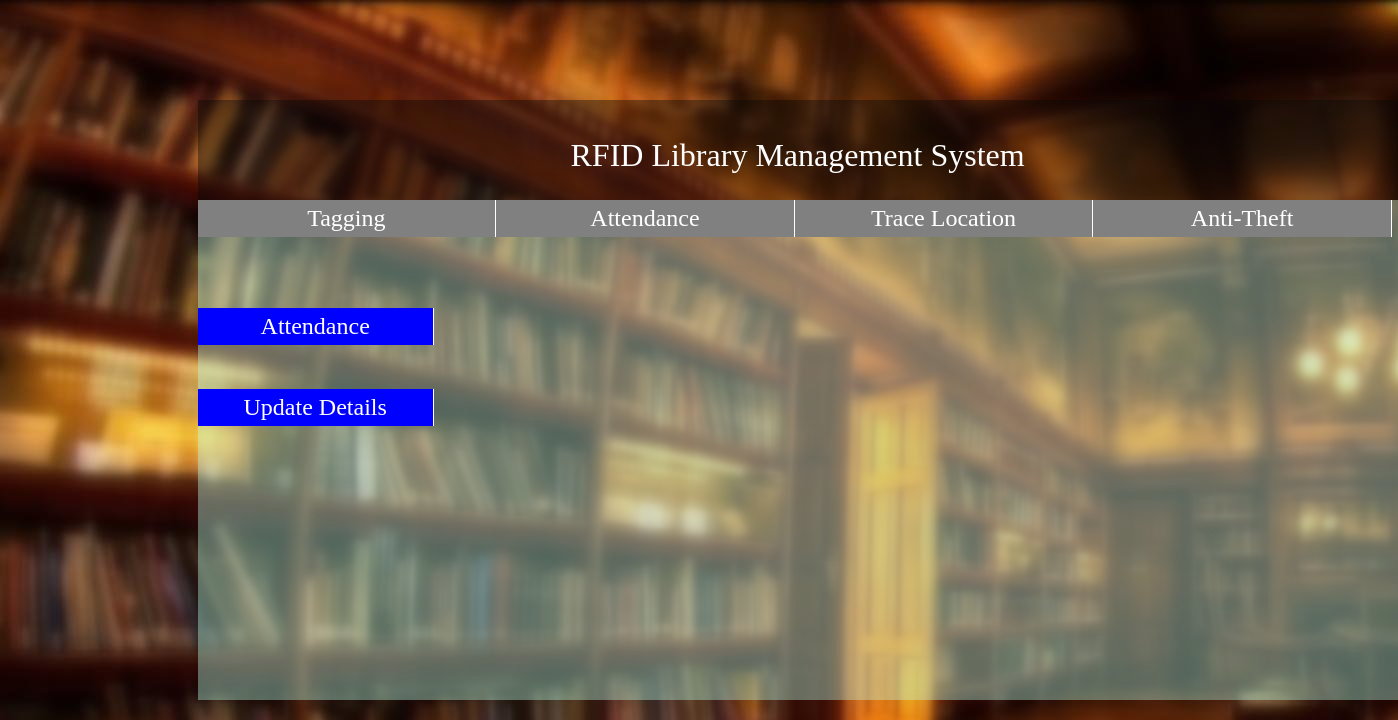
Repository: vigineshs/A-Smart-Data-Analyzer-for-Library-Management-System
Page: http://localhost/librarymgmt/attend.jsp
An editor plug-in stored every save of this project. The page is shown before and after the next save, followed by the edit.
The browser window is 1280 px wide. The page is 1398 px wide, so the pictures cover 1398 px, including what lies to the right of the window. The pictures show the whole page.
The page is served by Tomcat 9.

Above is the page before, as saved 2013-02-11 14:42:38.

After the next save:
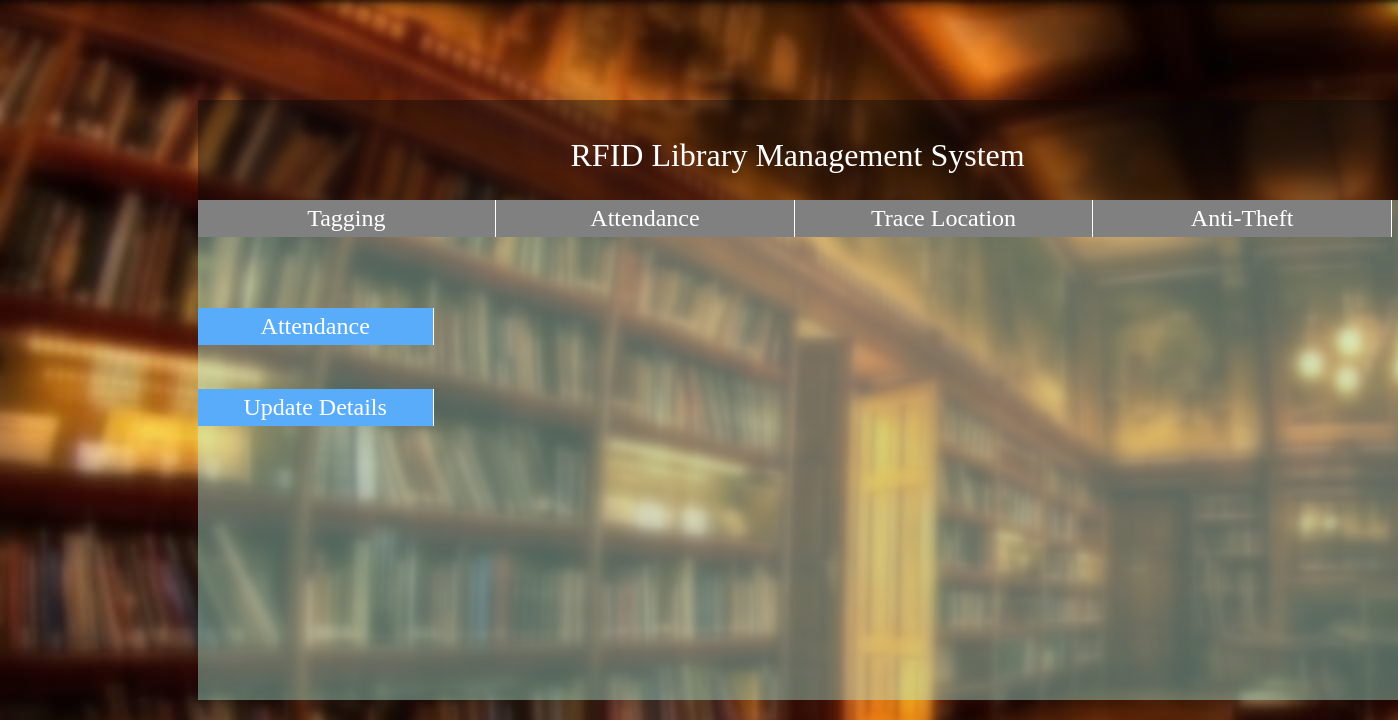
Saved 36 s later.
--- a/PassiveRFID/CS203-Version 1.0.6/Demo Applications/Dot Net C#/Demo Applications Source Code/RFID/librarymgmt/WebContent/page.css
+++ b/PassiveRFID/CS203-Version 1.0.6/Demo Applications/Dot Net C#/Demo Applications Source Code/RFID/librarymgmt/WebContent/page.css
@@ -36,7 +36,7 @@ width:8em;
 text-decoration:none;
 text-align:center;
 color:white;
-background-color:blue;
+background-color:#58ACFA;
 padding:0.2em 0.9em;
 border-right:1px solid white;
 }
